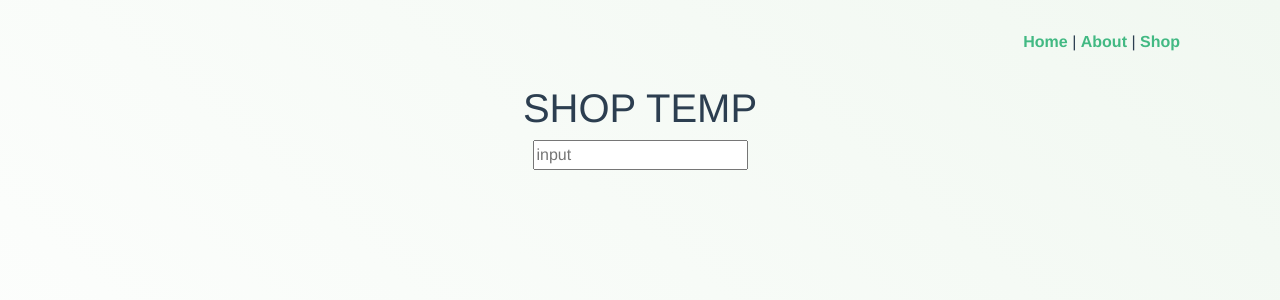
Repository: ramcd86/vuetest
Page: /#/shop
The author's editor kept a copy of each file at every save. The page is drawn from the files as they stood at one save, then again after the next save.
The browser window is 1280 px wide. The pictures show the whole page.
The project was rebuilt for these pictures with package versions that can differ from the ones it lists, and the page was loaded fresh each time. Requests to the local data server were answered from the project's data file. Also part of the build but not shown: src/components/HelloWorld.vue, src/views/Home.vue.

Above is the page before, as saved 2019-07-08 11:27:32.

After the next save:
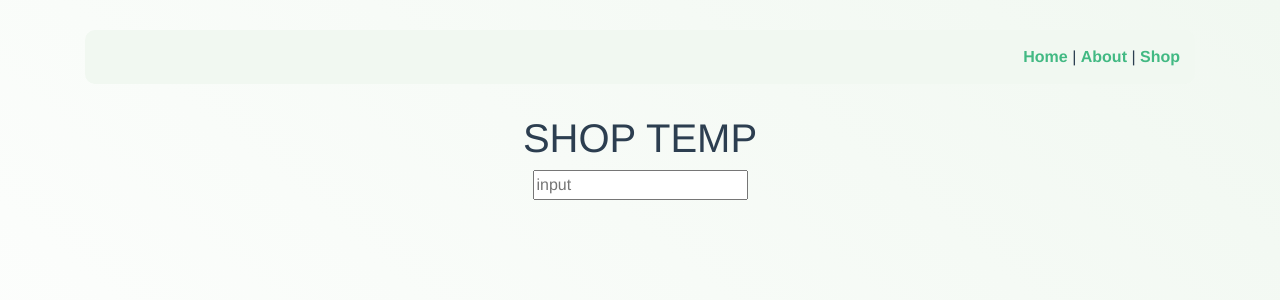
Saved 6 s later.
--- a/src/App.vue
+++ b/src/App.vue
@@ -2,7 +2,7 @@
   <div id="app">
     <div id="nav" class="container">
     <div class="row">
-      <div class="col-12 nav-row text-right">
+      <div class="col-12 block text-right">
             <router-link to="/">Home</router-link> |
             <router-link to="/about">About</router-link> |
             <router-link :to="{ name: 'shop', params: { queryData } }">Shop</router-link>
